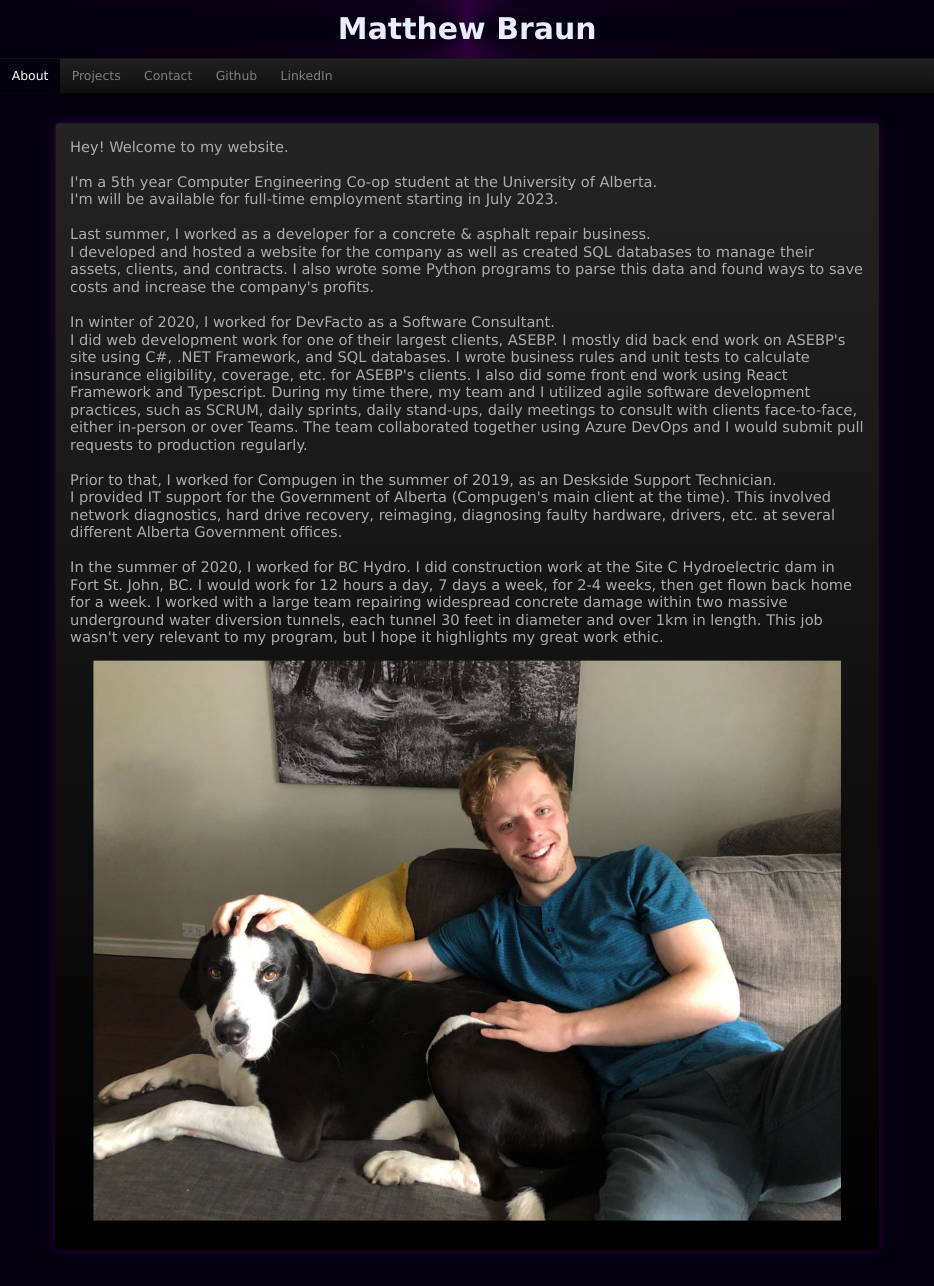
Repository: mjbraun95/MyPersonalWebsite
Page: http://localhost/
These files come from the project's save history. The page is drawn as it stood at one moment and after the next save; the edit follows.
The browser window is 1280 px wide. The pictures show the whole page, at 73% of full size.
The page is run by PHP 8.4 with error messages shown; the project is at /var/www/html/.

Above is the page before, as saved 2023-06-19 17:33:33.

After the next save:
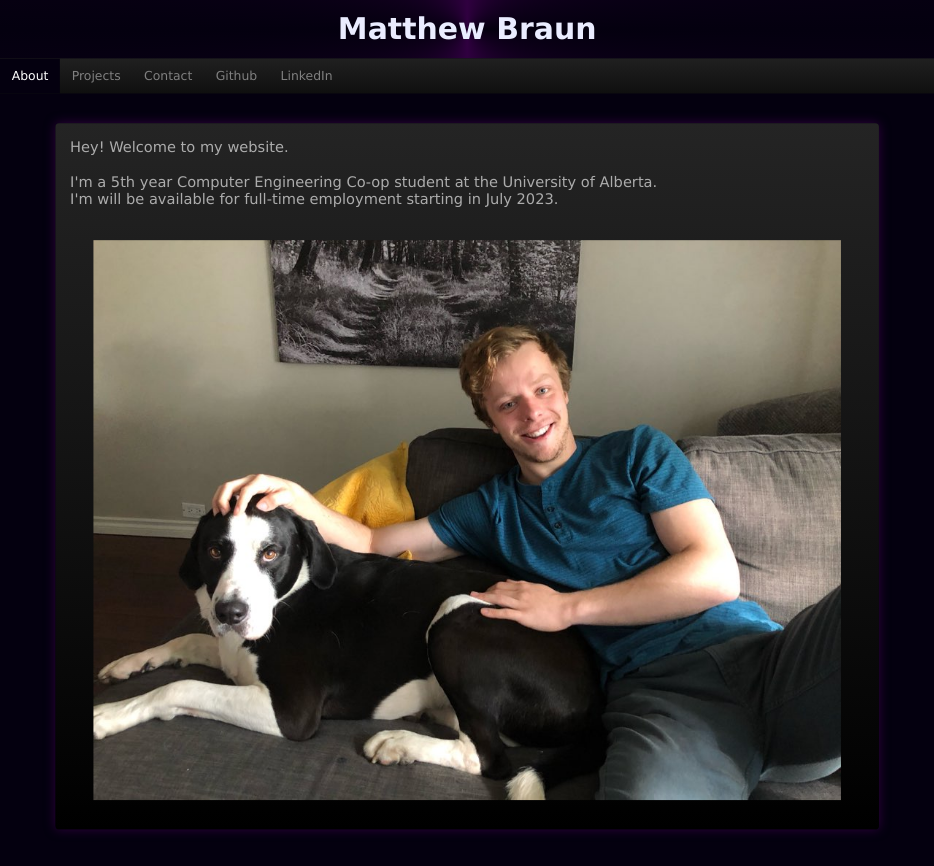
Saved 11 min 39 s later.
--- a/html/index.php
+++ b/html/index.php
@@ -23,7 +23,7 @@
         I'm a 5th year Computer Engineering Co-op student at the University of Alberta. <br>
         I'm will be available for full-time employment starting in July 2023. <br><br>
 
-        Last summer, I worked as a developer for a concrete & asphalt repair business. <br>
+        <!-- Last summer, I worked as a developer for a concrete & asphalt repair business. <br>
         I developed and hosted a website for the company as well as created SQL databases to manage their assets, clients, and contracts. I also wrote some Python programs to parse this data and found ways to save costs and increase the company's profits. <br><br>
 
         In winter of 2020, I worked for DevFacto as a Software Consultant.<br>
@@ -32,7 +32,7 @@
         Prior to that, I worked for Compugen in the summer of 2019, as an Deskside Support Technician. <br>
         I provided IT support for the Government of Alberta (Compugen's main client at the time). This involved network diagnostics, hard drive recovery, reimaging, diagnosing faulty hardware, drivers, etc. at several different Alberta Government offices. <br><br>
 
-        In the summer of 2020, I worked for BC Hydro. I did construction work at the Site C Hydroelectric dam in Fort St. John, BC. I would work for 12 hours a day, 7 days a week, for 2-4 weeks, then get flown back home for a week. I worked with a large team repairing widespread concrete damage within two massive underground water diversion tunnels, each tunnel 30 feet in diameter and over 1km in length. This job wasn't very relevant to my program, but I hope it highlights my great work ethic.
+        In the summer of 2020, I worked for BC Hydro. I did construction work at the Site C Hydroelectric dam in Fort St. John, BC. I would work for 12 hours a day, 7 days a week, for 2-4 weeks, then get flown back home for a week. I worked with a large team repairing widespread concrete damage within two massive underground water diversion tunnels, each tunnel 30 feet in diameter and over 1km in length. This job wasn't very relevant to my program, but I hope it highlights my great work ethic. -->
 
     </p>
     <div class="fullBox">
